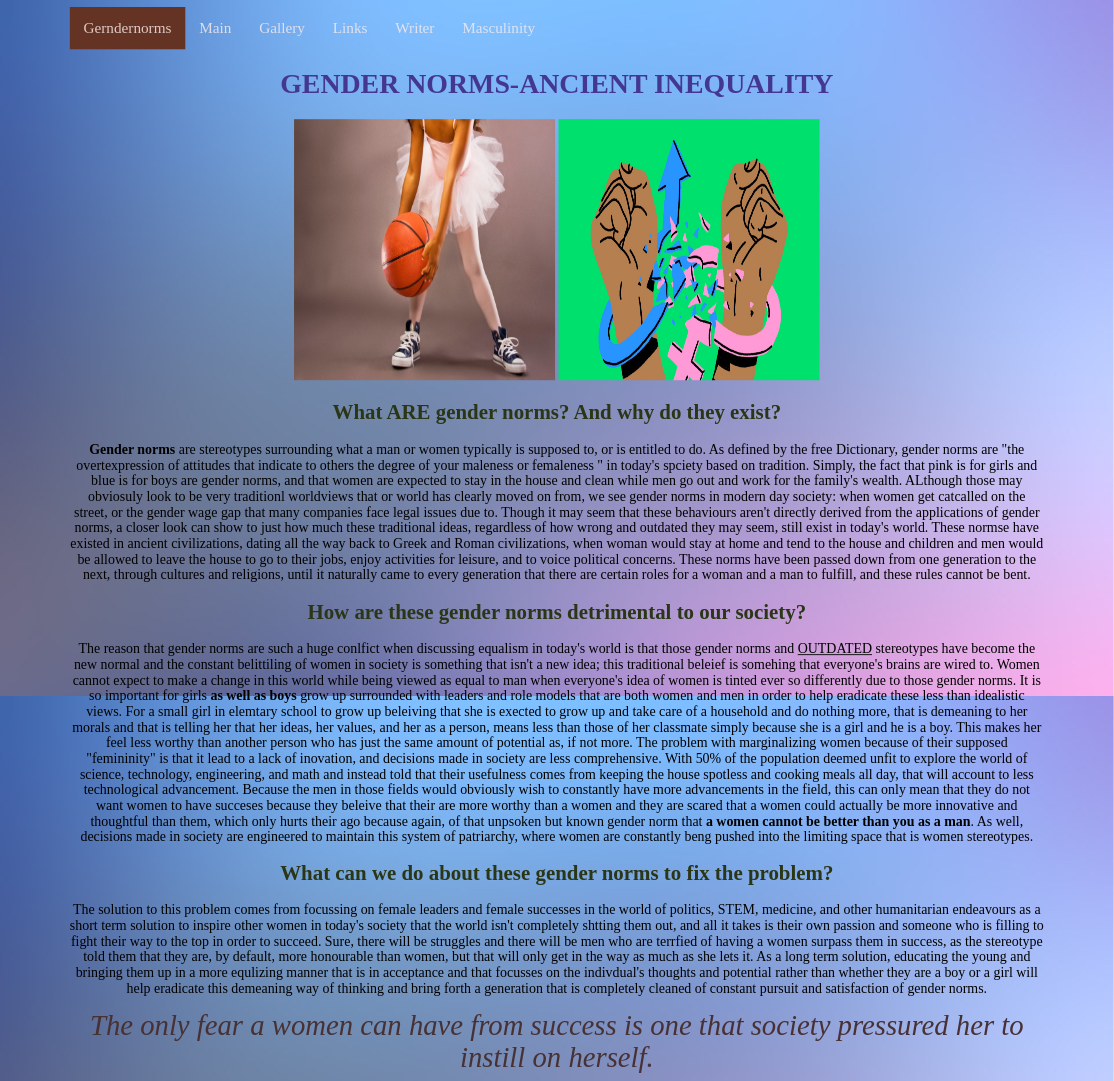
Repository: Lujaina-E/womens-rights-site
Page: gendernorms.html
The author's editor kept a copy of each file at every save. The page is drawn from the files as they stood at one save, then again after the next save.
The browser window is 1280 px wide. The pictures show the whole page, at 87% of full size.
Backgrounds fixed to the window are drawn as part of the page.

Above is the page before, as saved 2022-07-26 00:07:12.

### gendernorms.html
<!DOCTYPE html>
<html lang="en">
    <head>
        <title>gendernorms</title>
            <link rel="stylesheet" type="text/css" href="gendernormsStyle.css"/>
    </head>

    <div class="topnav" id="myTopnav">
        <a href="gendernorms.html" class="active">Gerndernorms</a>
        <a href="index.html">Main</a>
        <a href="gallery.html">Gallery</a>
        <a href="links.html">Links</a>
        <a href="founder.html">Writer</a>
        <a href="masculinity.html">Masculinity</a>
        <a href="javascript:void(0);" class="icon" onclick="myFunction()">
            <i class="fa fa-bars"></i>
        </a>
    </div>
    <body>
        <h1 id="pageTitle">GENDER NORMS-ANCIENT INEQUALITY</h1>
            <img id="photoID" src="Pictures/ballerina.jpg" alt="Please stand by and restart the page while you experience this error.">
            <img id="photoID" src="Pictures/hands.jpg" alt="Please stand by and restart the page while you experience this error.">

            <h2 class="heads">What ARE gender norms? And why do they exist?</h2>
                <p><b>Gender norms</b> are stereotypes surrounding what a man or women typically is supposed to, or is entitled to do. As defined by the free Dictionary, gender norms are "the
                overtexpression of attitudes that indicate to others the degree of your maleness or femaleness " in today's spciety based on tradition. Simply, the fact that pink is for girls
                and blue is for boys are gender norms, and that women are expected to stay in the house and clean while men go out and work for the family's wealth. ALthough those may obviosuly
                look to be very traditionl worldviews that or world has clearly moved on from, we see gender norms in modern day society: when women get catcalled on the street, or the gender
                wage gap that many companies face legal issues due to. Though it may seem that these behaviours aren't directly derived from the applications of gender norms, a closer look can
                show to just how much these traditional ideas, regardless of how wrong and outdated they may seem, still exist in today's world. These normse have existed in ancient civilizations,
                dating all the way back to Greek and Roman civilizations, when woman would stay at home and tend to the house and children and men would be allowed to leave the house to go to
                their jobs, enjoy activities for leisure, and to voice political concerns. These norms have been passed down from one generation to the next, through cultures and religions, until
                it naturally came to every generation that there are certain roles for a woman and a man to fulfill, and these rules cannot be bent.</p>
            <h2 class="heads"> How are these gender norms detrimental to our society?</h2>
                <p>The reason that gender norms are such a huge conlfict when discussing equalism in today's world is that those gender norms and <U>OUTDATED</U> stereotypes have become the new normal
                and the constant belittiling of women in society is something that isn't a new idea; this traditional beleief is somehing that everyone's brains are wired to. Women cannot expect to
                make a change in this world while being viewed as equal to man when everyone's idea of women is tinted ever so differently due to those gender norms. It is so important for girls
                <b>as well as boys</b> grow up surrounded with leaders and role models that are both women and men in order to help eradicate these less than idealistic views. For a small girl
                in elemtary school to grow up beleiving that she is exected to grow up and take care of a household and do nothing more, that is demeaning to her morals and that is telling her
                that her ideas, her values, and her as a person, means less than those of her classmate simply because she is a girl and he is a boy. This makes her feel less worthy than another
                person who has just the same amount of potential as, if not more. The problem with marginalizing women because of their supposed "femininity" is that it lead to a lack of inovation,
                and decisions made in society are less comprehensive. With 50% of the population deemed unfit to explore the world of science, technology, engineering, and math and instead told that
                their usefulness comes from keeping the house spotless and cooking meals all day, that will account to less technological advancement. Because the men in those fields would obviously wish to
                constantly have more advancements in the field, this can only mean that they do not want women to have succeses because they beleive that their are more worthy than a women and they are scared
                that a women could actually be more innovative and thoughtful than them, which only hurts their ago because again, of that unpsoken but known gender norm that <b>a women cannot be better than
                you as a man</b>. As well, decisions made in society are engineered to maintain this system of patriarchy, where women are constantly beng pushed into the limiting space  that is women stereotypes.</p>
            <h2 class="heads">What can we do about these gender norms to fix the problem?</h2>
                <p>The solution to this problem comes from focussing on female leaders and female successes in the world of politics, STEM, medicine, and other humanitarian endeavours as a short term solution
                to inspire other women in today's society that the world isn't completely shtting them out, and all it takes is their own passion and someone who is filling to fight their way to the top in order
                to succeed. Sure, there will be struggles and there will be men who are terrfied of having a women surpass them in success, as the stereotype told them that they are, by default, more honourable than
                women, but that will only get in the way as much as she lets it. As a long term solution, educating the young and bringing them up in a more equlizing manner that is in acceptance and that
                focusses on the indivdual's thoughts and potential rather than whether they are a boy or a girl will help eradicate this demeaning way of thinking and bring forth a generation that is completely cleaned of
                constant pursuit and satisfaction of gender norms.</p>

    <i>The only fear a women can have from success is one that society pressured her to instill on herself.</i>
    </body>
</html>

### gendernormsStyle.css
            body {
                font-family: Times New Roman;
                text-align: center;
                background-color: lavenderblush;
                background-image: url('Pictures/backdrop.jpg');
                background-repeat: no-repeat;
                background-position: center center;
                background-size: cover;
                background-attachment: fixed;
                margin-left: 5em;
                margin-right: 5em;
            }

            #pageTitle {
                 color: rgb(68, 55, 146);
            }

            #photoID {
                width: 300px;
                height: 300px;
            }

            .heads{
                color:rgb(42, 54, 21);
            }

            body > i{
                font-size: 33px;
                color: rgb(71, 49, 52);
            }

            .topnav {
                overflow: hidden;
              }

              .topnav a {
                float: left;
                display: block;
                color: rgba(247, 235, 235, 0.829);
                text-align: center;
                padding: 14px 16px;
                text-decoration: none;
                font-size: 17.5px;
              }

              .topnav a:hover {
                color: rgb(88, 26, 26);
              }

              .topnav a.active {
                background-color: #643324;
                color: rgba(247, 235, 235, 0.829);
              }

              .topnav .icon {
                display: none;
              }

                @media screen and (max-width: 600px) {
                    .topnav a:not(:first-child) {display: none;}
                    .topnav a.icon {
                    float: right;
                    display: block;
                    }
                }

                @media screen and (max-width: 600px) {
                    .topnav.responsive {position: relative;}
                    .topnav.responsive a.icon {
                    position: absolute;
                    right: 0;
                    top: 0;
                    }
                    .topnav.responsive a {
                    float: none;
                    display: block;
                    text-align: left;
                    }
                }

After the next save:
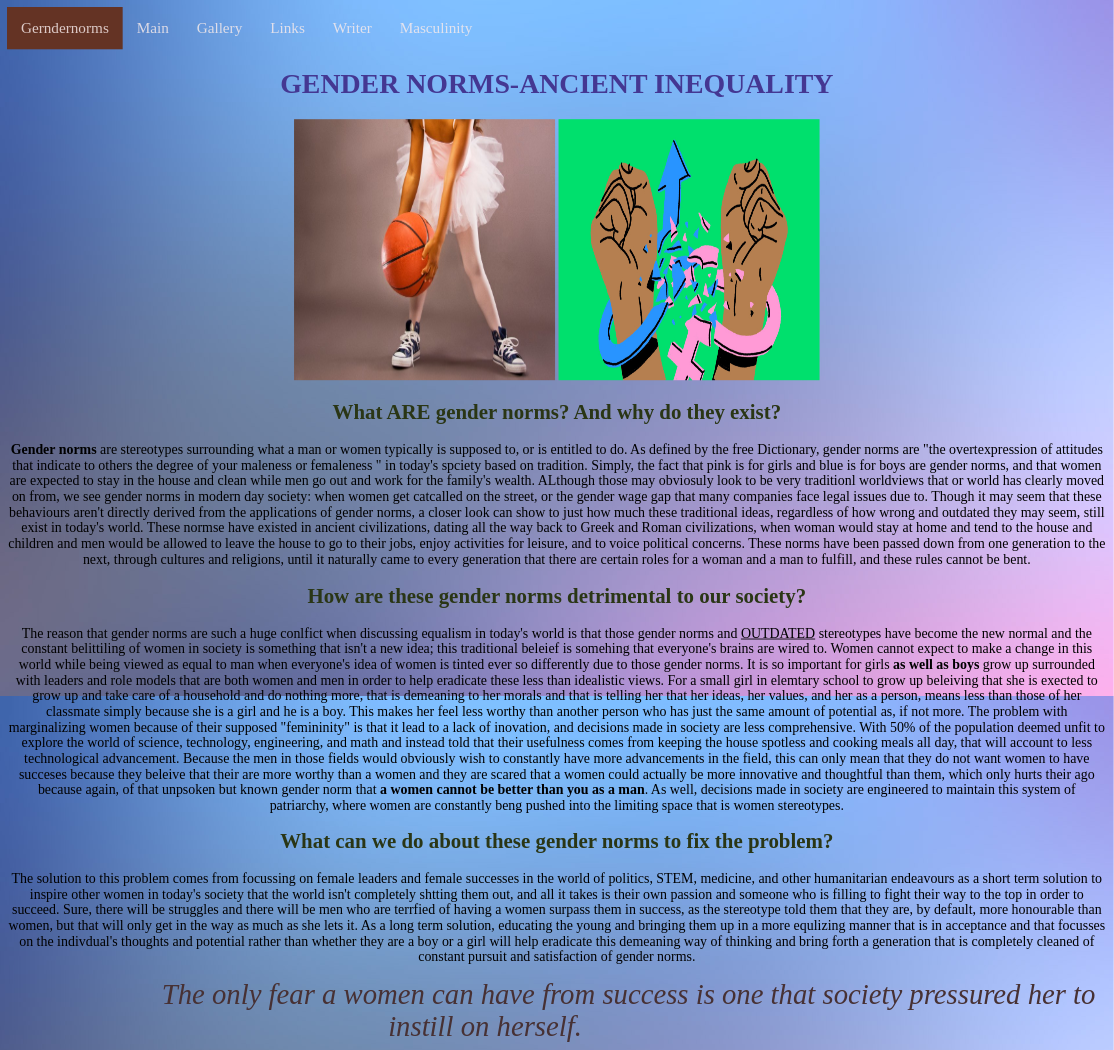
Saved 32 s later.
--- a/gendernormsStyle.css
+++ b/gendernormsStyle.css
@@ -7,8 +7,6 @@
                 background-position: center center;
                 background-size: cover;
                 background-attachment: fixed;
-                margin-left: 5em;
-                margin-right: 5em;
             }
 
             #pageTitle {
@@ -27,6 +25,8 @@
             body > i{
                 font-size: 33px;
                 color: rgb(71, 49, 52);
+                margin-left: 5em;
+                margin-right: 5em;
             }
 
             .topnav {
